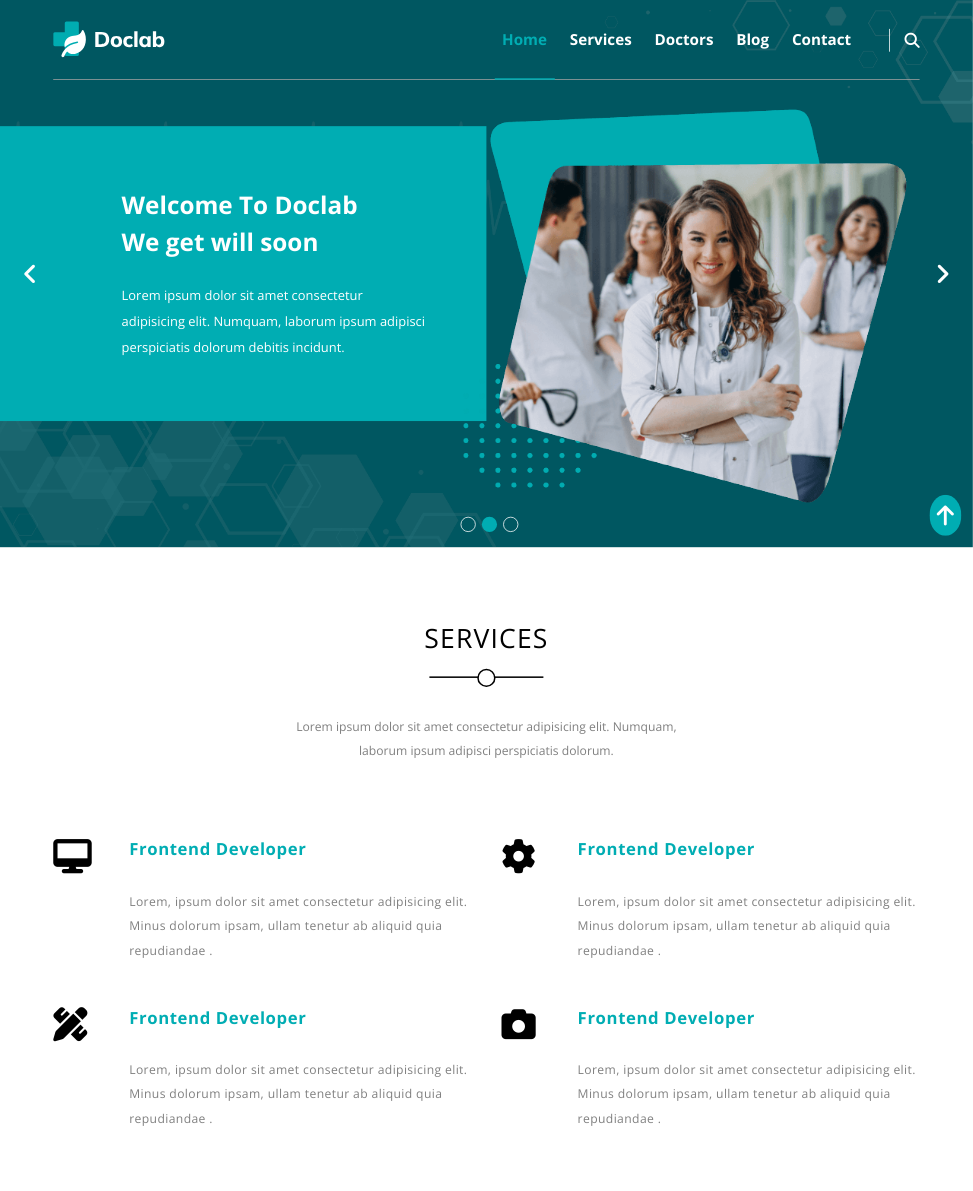
Repository: Ahmed123rezk123/Clinic
Page: index.html
The author's editor kept a copy of each file at every save. The page is drawn from the files as they stood at one save, then again after a run of saves.
The browser window is 1280 px wide. The pictures show the part of the page from y = 0 to 1567 px (the page is 9134 px tall before and 9203 px after), at 76% of full size.
A picture or video elsewhere on the page could not be fetched, so the positions and the page height are approximate. Some web fonts or font styles are not loaded; a fallback is used.

Above is the page before, as saved 2024-04-17 21:06:43.

After the next 3 saves:
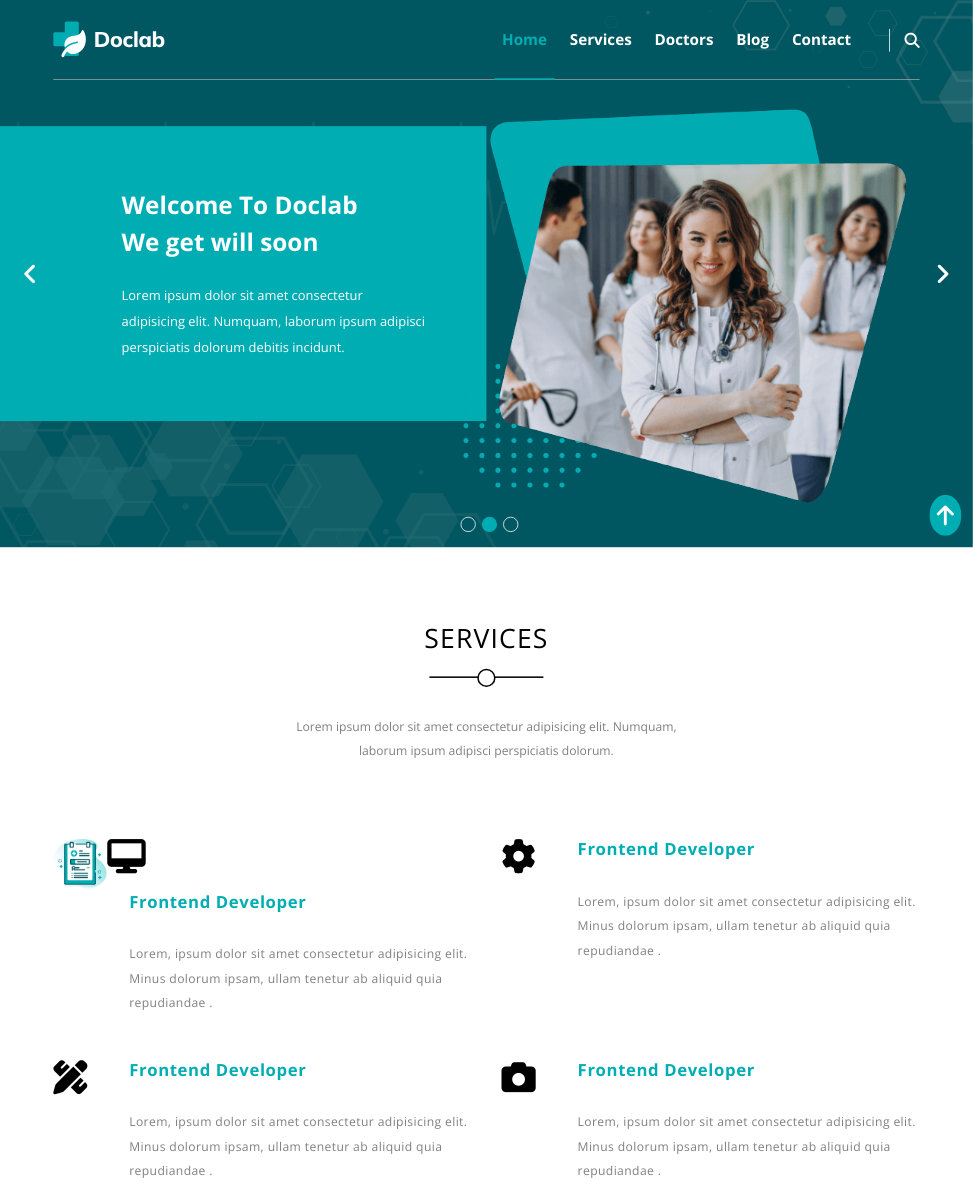
The 3 saves are shown as one change because they came seconds apart.
The last was saved 99 s later.
--- a/index.html
+++ b/index.html
@@ -80,6 +80,7 @@
         </div>
         <div class="services-content">
           <div class="div-content">
+            <img src="images/icon-1.png" alt="">
             <i class="fas fa-desktop"></i>
             <div class="text">
               <h2>Frontend Developer</h2>
